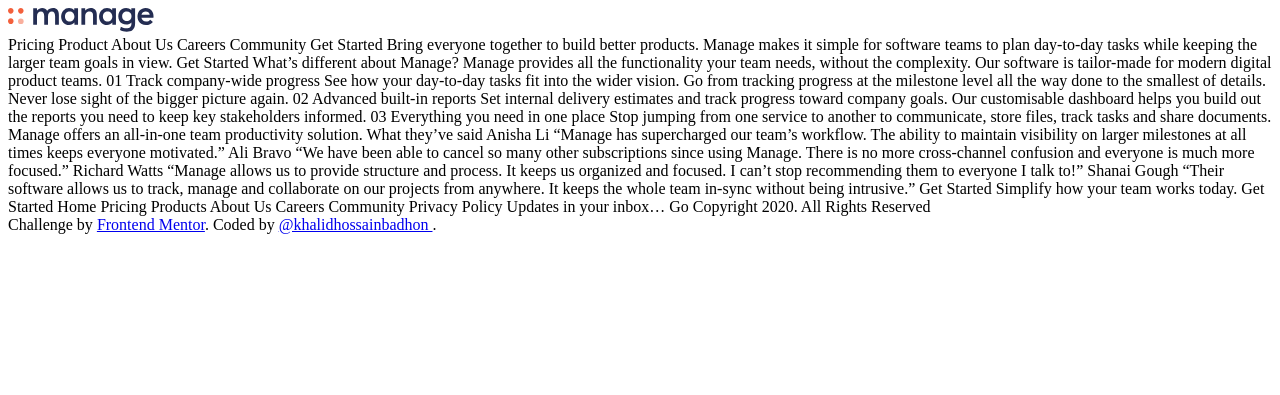
Repository: badhon252/revision
Page: manage-landing-page-master/index.html
An editor plug-in stored every save of this project. The page is shown before and after the next save, followed by the edit.
The browser window is 1280 px wide. The pictures show the whole page.

Above is the page before, as saved 2022-08-07 16:31:24.

### manage-landing-page-master/index.html
<!DOCTYPE html>
<html lang="en">

<head>
  <meta charset="UTF-8">
  <meta name="viewport" content="width=device-width, initial-scale=1.0">
  <!-- displays site properly based on user's device -->

  <link rel="icon" type="image/png" sizes="32x32" href="./images/favicon-32x32.png">

  <title>Frontend Mentor | Manage landing page</title>

</head>

<body>




  <header>
    <nav class="navbar">
      <div class="navbar-brand">
        <img src="./images/logo.svg" alt="">
      </div>
    </nav>
  </header>







  Pricing
  Product
  About Us
  Careers
  Community

  Get Started

  Bring everyone together to build better products.

  Manage makes it simple for software teams to plan day-to-day
  tasks while keeping the larger team goals in view.

  Get Started

  What’s different about Manage?

  Manage provides all the functionality your team needs, without
  the complexity. Our software is tailor-made for modern digital
  product teams.

  01
  Track company-wide progress
  See how your day-to-day tasks fit into the wider vision. Go from
  tracking progress at the milestone level all the way done to the
  smallest of details. Never lose sight of the bigger picture again.

  02
  Advanced built-in reports
  Set internal delivery estimates and track progress toward company
  goals. Our customisable dashboard helps you build out the reports
  you need to keep key stakeholders informed.

  03
  Everything you need in one place
  Stop jumping from one service to another to communicate, store files,
  track tasks and share documents. Manage offers an all-in-one team
  productivity solution.

  What they’ve said

  Anisha Li
  “Manage has supercharged our team’s workflow. The ability to maintain
  visibility on larger milestones at all times keeps everyone motivated.”

  Ali Bravo
  “We have been able to cancel so many other subscriptions since using
  Manage. There is no more cross-channel confusion and everyone is much
  more focused.”

  Richard Watts
  “Manage allows us to provide structure and process. It keeps us organized
  and focused. I can’t stop recommending them to everyone I talk to!”

  Shanai Gough
  “Their software allows us to track, manage and collaborate on our projects
  from anywhere. It keeps the whole team in-sync without being intrusive.”

  Get Started

  Simplify how your team works today.
  Get Started

  Home
  Pricing
  Products
  About Us
  Careers
  Community
  Privacy Policy

  Updates in your inbox…
  Go

  Copyright 2020. All Rights Reserved


  <div class="attribution">
    Challenge by <a href="https://www.frontendmentor.io?ref=challenge" target="_blank">Frontend Mentor</a>.
    Coded by <a href="#">@khalidhossainbadhon </a>.
  </div>
</body>

</html>

After the next save:
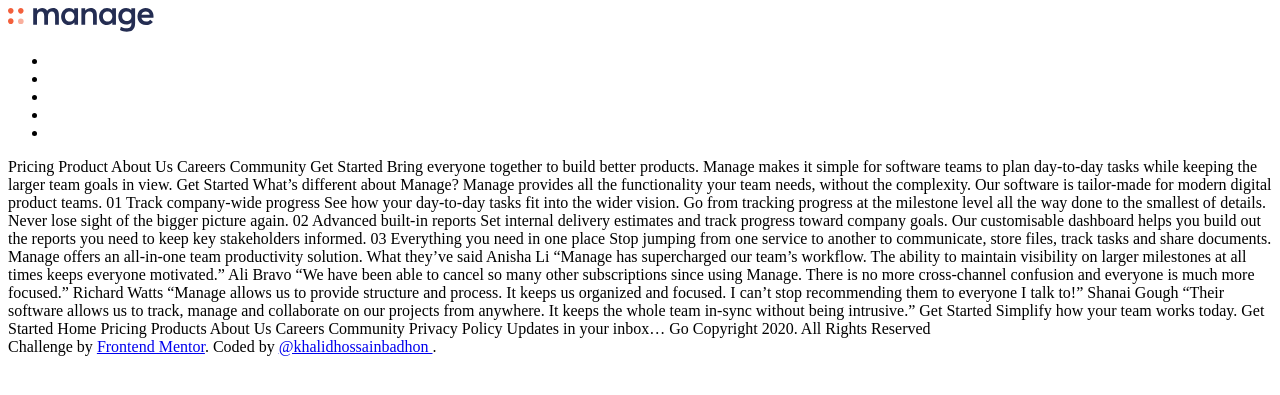
Saved 2 min 17 s later.
--- a/manage-landing-page-master/index.html
+++ b/manage-landing-page-master/index.html
@@ -21,6 +21,15 @@
     <nav class="navbar">
       <div class="navbar-brand">
         <img src="./images/logo.svg" alt="">
+      </div>
+      <div class="nav-items">
+        <ul class="">
+          <li class="nav-item"><a href="#" class="nav-link"></a></li>
+          <li class="nav-item"><a href="#" class="nav-link"></a></li>
+          <li class="nav-item"><a href="#" class="nav-link"></a></li>
+          <li class="nav-item"><a href="#" class="nav-link"></a></li>
+          <li class="nav-item"><a href="#" class="nav-link"></a></li>
+        </ul>
       </div>
     </nav>
   </header>
